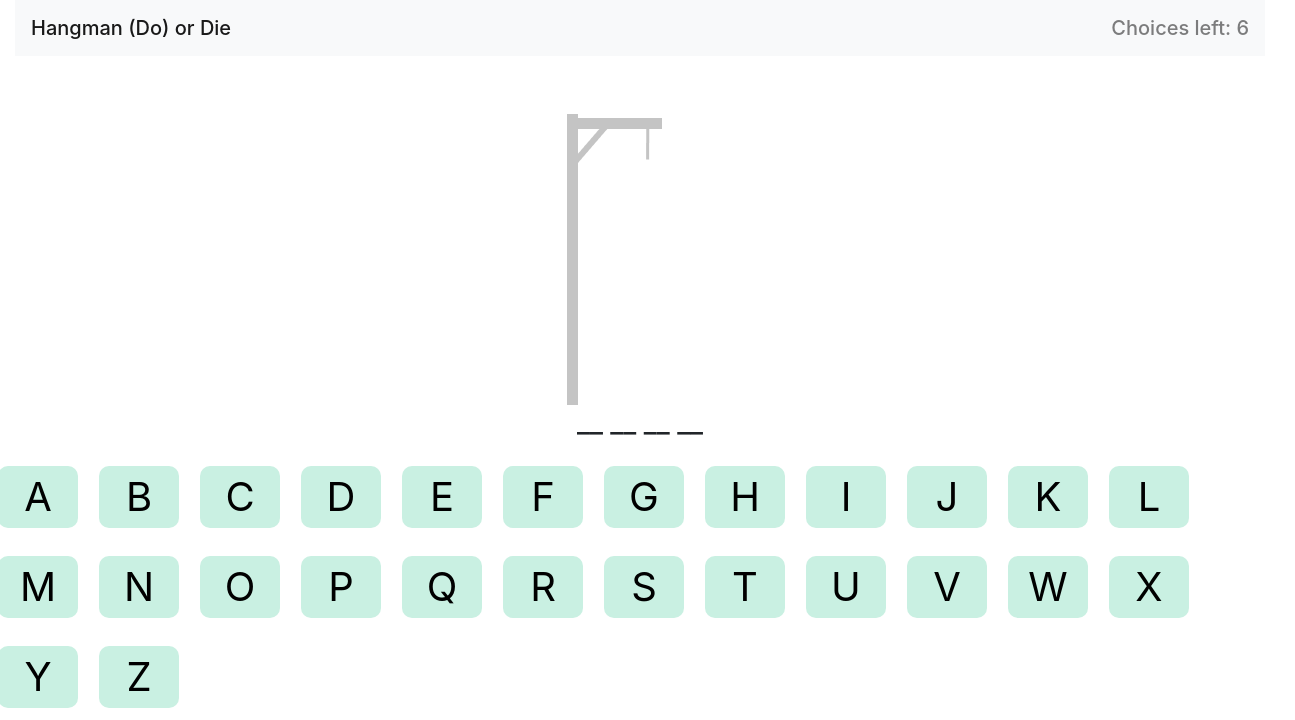
Repository: jatinhchanchlani/hangman
Page: /
These files come from the project's save history. The page is drawn as it stood at one moment and after the next save; the edit follows.
The browser window is 1280 px wide. The page is 1295 px wide, so the pictures cover 1295 px, including what lies to the right of the window. The pictures show the whole page.
The project was rebuilt for these pictures with package versions that can differ from the ones it lists, and the page was loaded fresh each time. Also part of the build but not shown: src/App.css, src/components/playAgain.jsx.

Above is the page before, as saved 2020-10-25 20:49:54.

After the next save:
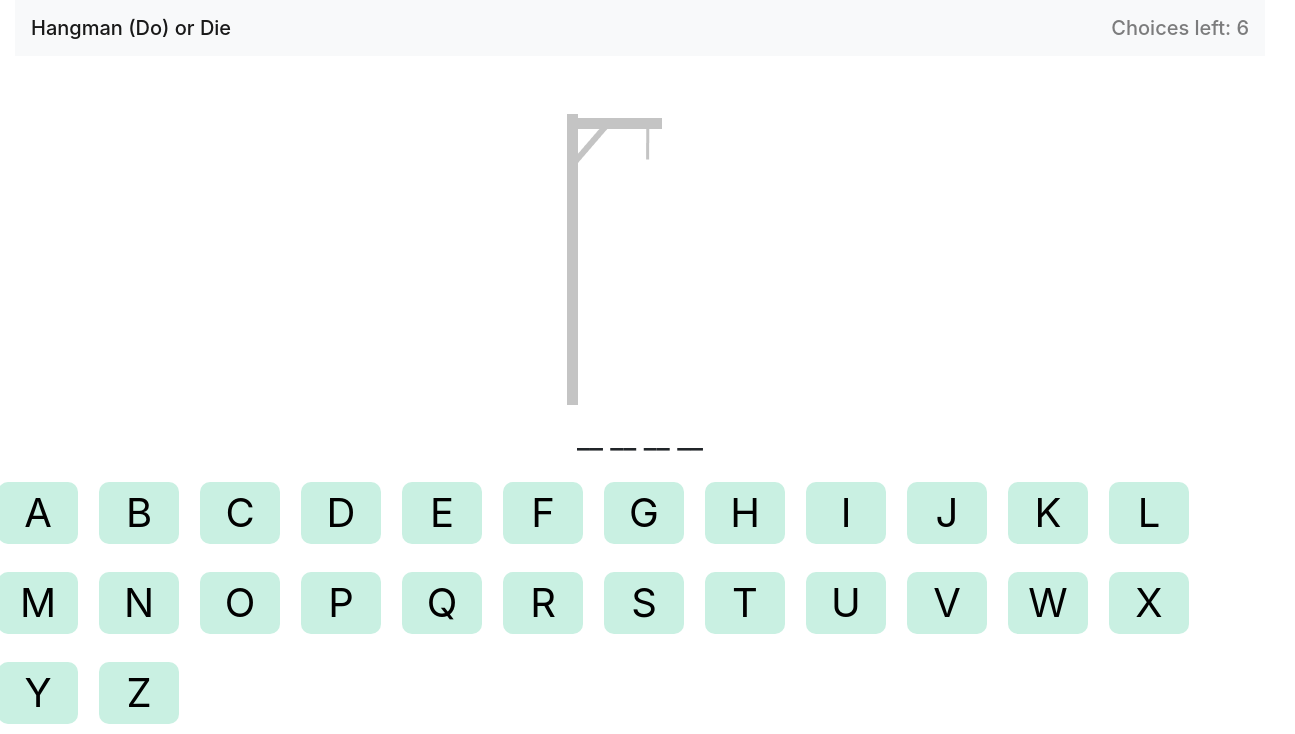
Saved 2 min 39 s later.
--- a/src/components/game.jsx
+++ b/src/components/game.jsx
@@ -21,12 +21,12 @@ class Game extends Component {
       <div className="container-fluid">
         <Header choicesLeft={this.state.choicesLeft} />
 
-        <div className="row d-flex justify-content-center">
+        <p className="text-center">
           <Hangman
             choicesLeft={this.state.choicesLeft}
             maxChoices={this.state.maxChoices}
           />
-        </div>
+        </p>
 
         <div className="row d-flex justify-content-center">
           <OutputCharacters
